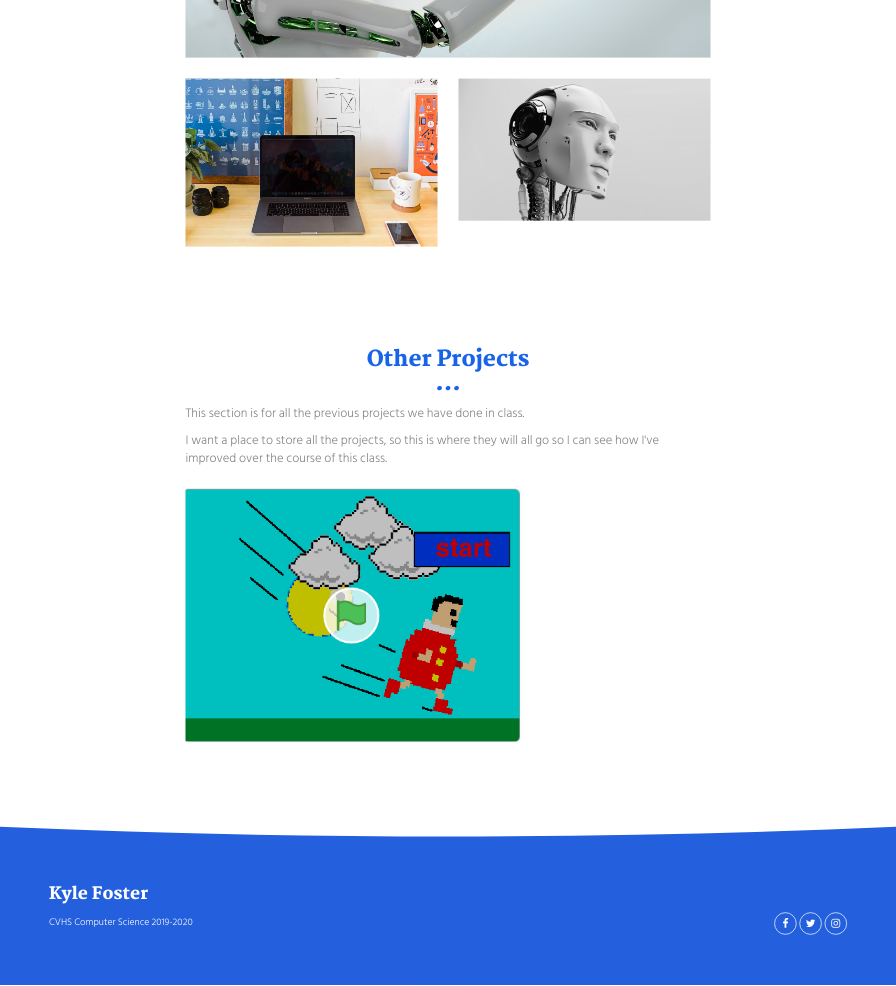
Repository: Kylefostertaz/Kylefostertaz.github.io
Page: project.html
The author's editor kept a record of every edit. The page is drawn from the files as they stood at one moment, then again after the next edit.
The browser window is 1280 px wide. The pictures show the part of the page from y = 715 to 2635 px (the page is 2123 px tall before and 2635 px after), at 70% of full size.

Above is the page before.

### project.html
<!DOCTYPE html>


<!-- https://html-css-js.com/css/generator/gradient/ -->
<!-- MR THOE I used the COMMENT TAGGGGGGG !!!!!!!!!!!-->


<html lang="en">

<head>
  <meta charset="UTF-8">
  <meta name="description" content="My First ever Website I created">
  <meta name="keywords" content="Website,fun.kyle,foster,html,cvhs,code,coding,program,script">
  <meta name="author" content="Kyle Foster">
  <meta name="viewport" content="width=device-width, initial-scale=1.0">

  <!-- Disable tap highlight on IE -->
  <meta name="msapplication-tap-highlight" content="no">


  <link rel="apple-touch-icon" sizes="180x180" href="./assets/apple-icon-180x180.png">
  <link href="./assets/favicon.png" rel="icon">

  <link href="" rel="stylesheet">


  <title>Projects</title>

<link href="./main.550dcf66.css" rel="stylesheet"></head>

<body> <!-- Add your content of header -->
<header>
  <nav class="navbar navbar-default active">
    <div class="container">
      <div class="navbar-header">
        <button type="button" class="navbar-toggle collapsed" data-toggle="collapse" data-target="#navbar-collapse" aria-expanded="false">
          <span class="sr-only">Toggle navigation</span>
          <span class="icon-bar"></span>
          <span class="icon-bar"></span>
          <span class="icon-bar"></span>
        </button>
        <a class="navbar-brand" href="./index.html" title="Home Page">
          <img src="./assets/images/mashup-icon.svg" class="navbar-logo-img" alt="Mashup Logo">
          Kyle Foster Computer Science
        </a>
      </div>

      <div class="collapse navbar-collapse" id="navbar-collapse">
        <ul class="nav navbar-nav navbar-right">
          <li><a href="./index.html" title="Home Page" class="defaultclass">Home</a></li>
          <li class="current"><a href="./project.html" title="All Our Class Projects" class="current">Project</a></li>
		  <li><a href="./about.html" title="About Me" class="defaultclass">About Me</a></li>
		  <li><a href="./contact.html" title="Send Me a Message" class="defaultclass">Contact</a></li>
          <li>
            <p>
              <a href="./components.html" class="btn btn-default navbar-btn" title="Resources to Develop">Components</a>
            </p>
          </li>

        </ul>
      </div>
    </div>
  </nav>
</header>

<div class="section-container">
    <div class="container">
      <div class="row">
        <div class="col-xs-12 col-md-8 col-md-offset-2">
          <h1 class="text-center">Main Project</h1>
          <p>When we do projects this will be the main one that we are working on
			in class as I update my website periodically.</p>

          <div class="section-container-spacer">
            <img src="./assets/images/img-06.jpg" alt="Robot Full Body" class="img-responsive reveal-content" data-action="zoom">
          </div>

          <div class="row">
            <div class="col-xs-6">
              <img src="./assets/images/img-04.jpg" alt="iMac on table" class="img-responsive reveal-content" data-action="zoom">
            </div>
            <div class="col-xs-6">
              <img src="./assets/images/img-07.jpg" alt="Robot Face" class="img-responsive reveal-content" data-action="zoom">
            </div>
          </div>
       </div>
      </div>
    </div>
  </div>

  <div class="section-container">
    <div class="container">
      <div class="row section-container-spacer">
        <div class="col-xs-12 col-md-8 col-md-offset-2">
          <h2 class="text-center">Other Projects</h2>
          <div class="section-container-spacer">
            <p>This section is for all the previous projects we have done in class.</p>
            <p>I want a place to store all the projects, so this is where they will all go
				so I can see how I've improved over the course of this class.</p>
          </div>
          <a href="https://scratch.mit.edu/projects/327281224/" target="_blank"><img src="./assets/images/scratch_img.PNG" alt="Scratch Game Image with Link"></a>
        </div>
      </div>
    </div>
  </div>

<footer class="footer-container white-text-container">
  <div class="container">
    <div class="row">


      <div class="col-xs-12">
        <h3>Kyle Foster</h3>

        <div class="row">
          <div class="col-xs-12 col-sm-7">
            <p><small>CVHS Computer Science 2019-2020</small>
            </p>
          </div>
          <div class="col-xs-12 col-sm-5">
            <p class="text-right">
              <a href="https://www.facebook.com/DancingLightsInHighland/" class="social-round-icon white-round-icon fa-icon" title="Facebook" target="_blank">
                <i class="fa fa-facebook" aria-hidden="true"></i>
              </a>
              <a href="https://twitter.com/KyleFilmsMC" class="social-round-icon white-round-icon fa-icon" title="Twitter" target="_blank">
                <i class="fa fa-twitter" aria-hidden="true"></i>
              </a>
              <a href="https://www.instagram.com/fostertazkyle/" class="social-round-icon white-round-icon fa-icon" title="Instagram" target="_blank">
                <i class="fa fa-instagram" aria-hidden="true"></i>
              </a>
            </p>
          </div>
        </div>


      </div>
    </div>
  </div>
</footer>

<script>
  document.addEventListener("DOMContentLoaded", function (event) {
    navActivePage();
    scrollRevelation('.reveal');
  });
</script>

 <script type="text/javascript" src="./main.0cf8b554.js"></script></body>

</html>

Loaded but not shown: main.0cf8b554.js (library); main.550dcf66.css (4171 lines, source omitted)

After the next edit:
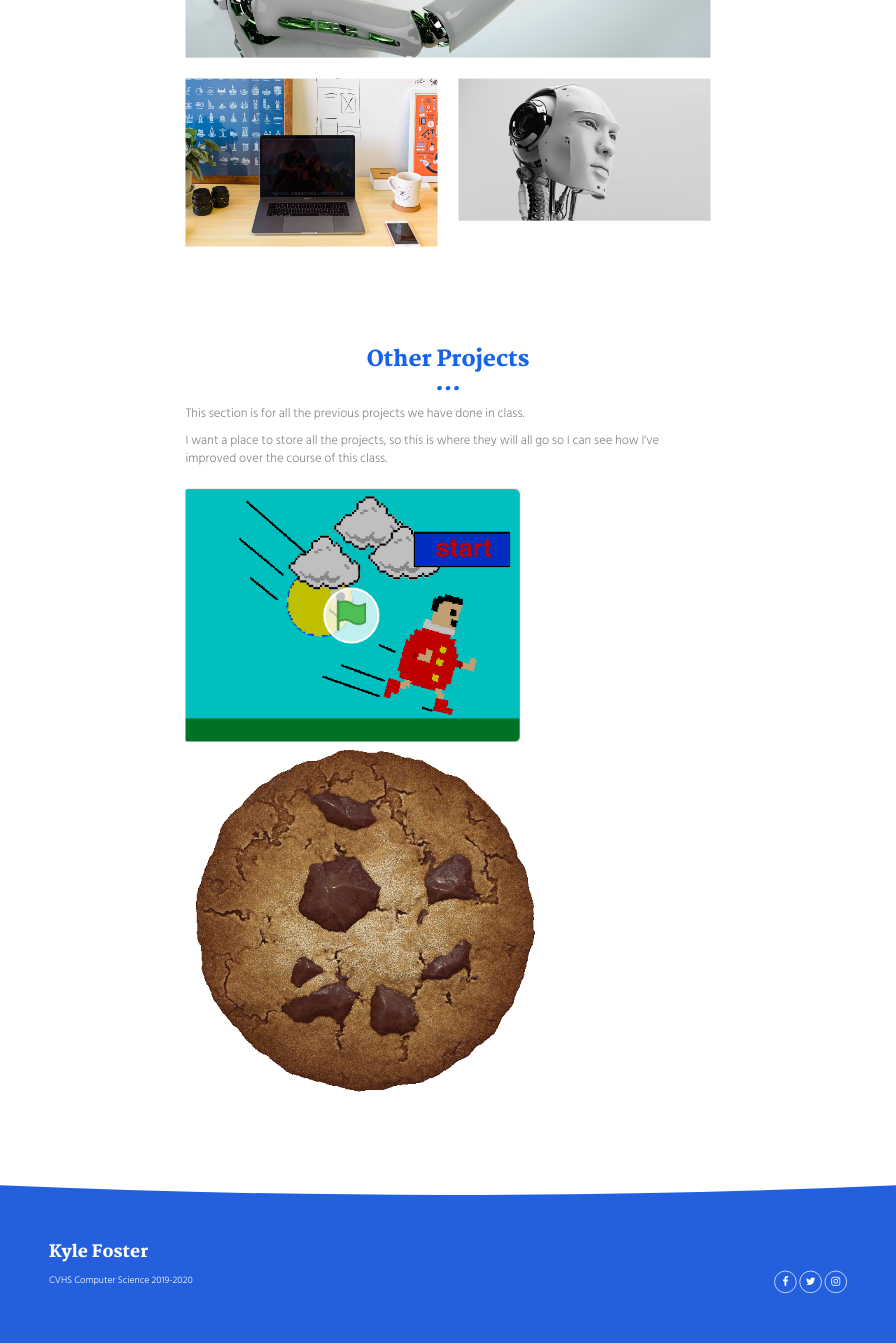
The edit:
--- a/project.html
+++ b/project.html
@@ -99,6 +99,7 @@
 				so I can see how I've improved over the course of this class.</p>
           </div>
           <a href="https://scratch.mit.edu/projects/327281224/" target="_blank"><img src="./assets/images/scratch_img.PNG" alt="Scratch Game Image with Link"></a>
+          <a href="./Cookie_Clicker.html" target="_blank"><img src="./js/IMG/perfect_Cookie.png" alt="Scratch Game Image with Link"></a>
         </div>
       </div>
     </div>
